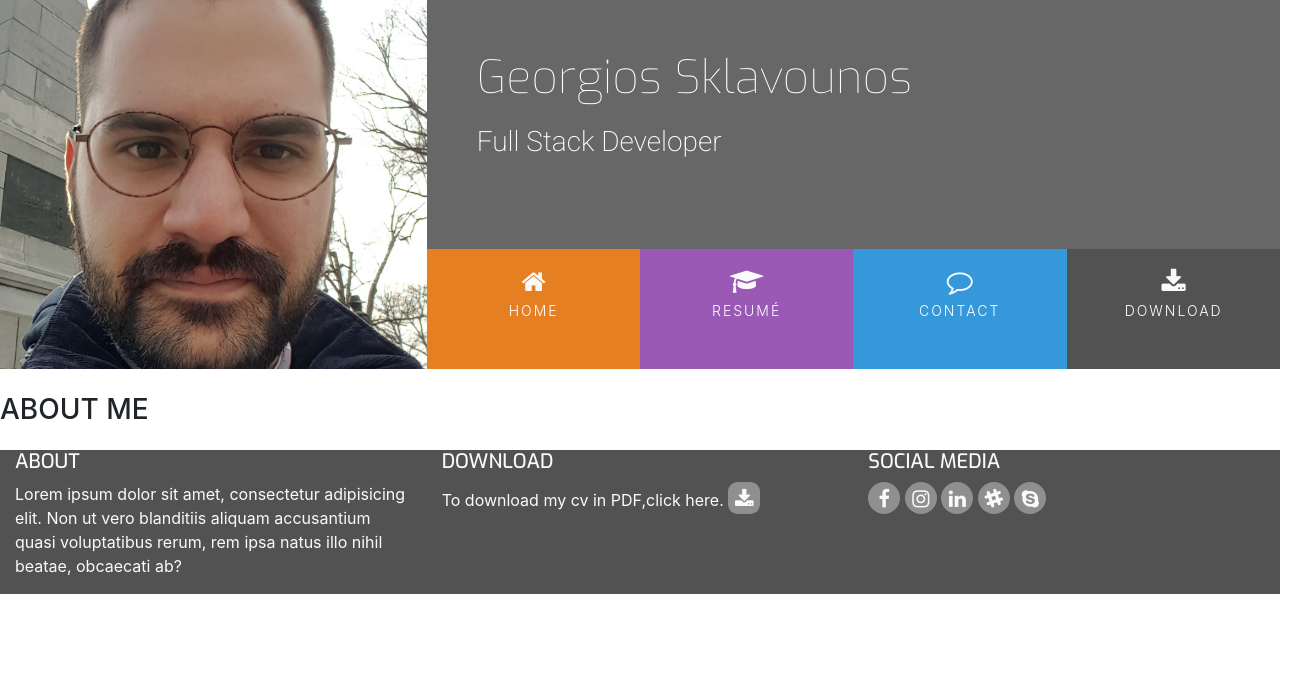
Repository: GeorgiosSklav/MyResume
Page: index.html
The author's editor kept a record of every edit. The page is drawn from the files as they stood at one moment, then again after the next edit.
The browser window is 1280 px wide. The page is 1295 px wide, so the pictures cover 1295 px, including what lies to the right of the window. The pictures show the whole page.

Above is the page before.

### index.html
<!DOCTYPE html>
<html lang="en">

<head>
    <meta charset="UTF-8">
    <meta name="viewport" content="width=device-width, initial-scale=1.0">
    <meta http-equiv="X-UA-Compatible" content="ie=edge">
    <link rel="stylesheet" href="https://stackpath.bootstrapcdn.com/bootstrap/4.3.1/css/bootstrap.min.css" type="text/css" />
    <link rel="stylesheet" href="https://stackpath.bootstrapcdn.com/font-awesome/4.7.0/css/font-awesome.min.css" type="text/css" />
    <link rel="stylesheet" href="assets/css/style.css" type="text/css" />
    <link rel="stylesheet" href="https://cdnjs.cloudflare.com/ajax/libs/hover.css/2.3.1/css/hover-min.css" type="text/css" />
    <title>Georgios Sklavounos resume</title>
</head>

<body>
    <header>
        <div class="row no-gutters">
            <a href="index.html" class="col-md-4 logo">

            </a>
            <div class="col-md-8">
                <div class="row no-gutters bg-color-name-title">
                    <div class="col heading">
                        <h1 class="name">Georgios Sklavounos</h1>
                        <h2 class="title">Full Stack Developer</h2>
                    </div>
                </div>
                <div class="row no-gutters">
                    <div class="col">
                        <ul id="nav" class="list-inline menucontainer">
                            <li class="col-6 col-sm-3 color-home list-inline-item menu-item">
                                <a href="#" class="hvr-sweep-to-right"><i class="fa fa-home" aria-hidden="true"></i><span>Home</span></a>
                            </li>
                            <li class="col-6 col-sm-3 color-resume list-inline-item menu-item">
                                <a href="#" class="hvr-sweep-to-left"><i class="fa fa-graduation-cap" aria-hidden="true"></i><span>Resumé</span></a>
                            </li>
                            <li class="col-6 col-sm-3 color-contact list-inline-item menu-item">
                                <a href="#" class="hvr-sweep-to-right"><i class="fa fa-comment-o" aria-hidden="true"></i><span>Contact</span></a>
                            </li>
                            <li class="col-6 col-sm-3 color-download list-inline-item menu-item">
                                <a href="#" class="hvr-sweep-to-left"><i class="fa fa-download" aria-hidden="true"></i><span>Download</span></a>
                            </li>
                        </ul>
                    </div>
                </div>
            </div>
    </header>
    <setion class="container-fluid">
<div class="row row-table">
    <div class="col-md-8 bg-color-three-reasons section-column">
        <div class="row">
            <div class="col">
                <h3 class="section-heading uppercase">About Me</h3>
            </div>
        </div>
    </div>
</div>
    </setion>
    <footer class="container-fluid">
        <div class="row" id="footer-details">
            <div class="col-sm-4">
                <h5 class="uppercase general-sub">About</h5>
                <p class="inline-block">
                    Lorem ipsum dolor sit amet, consectetur adipisicing elit. Non ut vero blanditiis aliquam accusantium quasi voluptatibus rerum, rem ipsa natus illo nihil beatae, obcaecati ab?
                </p>
            </div>
            <div class="col-sm-4">
                <h5 class="uppercase general-sub">Download</h5>
                <p class="inline-block">
                    To download my cv in PDF,click here.
                    <a href="#" target="_blank" class="cv-pdf">
                        <i class="fa fa-download" aria-hidden="true"></i>
                        <span class="sr-only">Download icon.</span>
                    </a>
                </p>
            </div>
            <div class="col-sm-4">
                <h5 class="uppercase general-sub">Social Media</h5>
                <ul class="list-inline social-links">
                    <li class="list-inline-item">
                        <a target="_blank" href="#" >
                            <i class="fa fa-facebook"></i>
                            <span class="sr-only">Facebook</span>
                        </a>
                    </li>
                    <li class="list-inline-item">
                        <a target="_blank" href="#" >
                            <i class="fa fa-instagram"></i>
                            <span class="sr-only">Instagram</span>
                        </a>
                    </li>
                    <li class="list-inline-item">
                        <a target="_blank" href="#" >
                            <i class="fa fa-linkedin"></i>
                            <span class="sr-only">Linked-In</span>
                        </a>
                    </li>
                    <li class="list-inline-item">
                        <a target="_blank" href="#" >
                            <i class="fa fa-slack"></i>
                            <span class="sr-only">Slack</span>
                        </a>
                    </li>
                    <li class="list-inline-item">
                        <a target="_blank" href="#" >
                            <i class="fa fa-skype"></i>
                            <span class="sr-only">Skype</span>
                        </a>
                    </li>
                </ul>
            </div>
        </div>
    </footer>
</body>

</html>

### assets/css/style.css
@import url('https://fonts.googleapis.com/css?family=Roboto:100,200,300,400,500,600,700|Exo:100,200,300,400,500,600,700');



/*-------------------------colours*/

.bg-color-name-title {
    background-color: #676767;
}

.color-home {
    background-color: #e67e22;
}

.color-resume {
    background-color: #9b59b6;
}

.color-contact {
    background-color: #3498db;
}

.color-download {
    background-color: #525252;
}


/*---------------------------------Paddings,texts,etc*/

h1,
h2,
h3,
h4 {
    margin: 0;
}

.uppercase {
    text-transform: uppercase;
}

.general-sub {
    font-family: "Exo", sans-serif;
    color: #fafafa;
}

.inline-block {
    display: inline-block;
}



/*----------------------heading*/

header {
    margin: 0;
}

.heading {
    margin-left: 50px;
}

.logo {
    background: url("../images/pic2.jpg");
    background-position: center;
    background-repeat: no-repeat;
    background-size: cover;
    min-height: 360px;
    transition: all 0.5s ease-in-out;
    -moz-transition: all 0.5s ease-in-out;
    -webkit-transition: all 0.5s ease-in-out;

}

.name {
    font-family: "Exo", sans-serif;
    font-weight: 100;
    font-size: 46px;
    margin-top: 50px;
    color: #fff;
}

.title {
    font-family: "Roboto", sans-serif;
    font-weight: 200;
    font-size: 28px;
    margin-top: 20px;
    margin-bottom: 90px;
    color: #fff;
}

.list-inline-item:not(:last-child) {
    margin: 0;
}

.menucontainer {
    font-size: 0;
}

#nav {
    margin: 0;
}

#nav li {
    font-size: 14px;
    padding: 0;
}

.menu-item {
    height: 120px;
    text-align: center;
    padding: 0;
}

.menu-item a {
    width: 100%;
    text-decoration: none;
    color: #fff;
    height: 120px;
}

.menu-item a i {
    padding-top: 20px;
    display: block;
    color: #fafafa;
    font-size: 26px;
}

.menu-item span {
    display: block;
    width: 100%;
    padding-top: 5px;
    text-align: center;
    text-transform: uppercase;
    font-size: 14px;
    font-weight: 300;
    letter-spacing: 2px;
}

/*--------------------------hover style*/

.hvr-sweep-to-right:before {
    background: rgb(0, 0, 0);
    height: 120px;
}

.hvr-sweep-to-left:before {
    background: rgba(0, 0, 0, 0.2);
    height: 120px;
}

/*---------------------------------footer*/

footer {
    background-color: #525252;
    color: #fafafa;
    min-height: 120px;
    margin: 0;
}

.social-links i {
    width: 32px;
    height: 32px;
    padding: 12px 0;
    border-radius: 50%;
    font-size: 20px;
    line-height: 10px;
    text-align: center;
    color: #fafafa;
    background: #8f8f8f;
    transition: all 0.35s ease-in-out;
    -moz-transition: all 0.35s ease-in-out;
    -o-transition: all 0.35s ease-in-out;
    -webkit-transition: all 0.35s ease-in-out;

}

.cv-pdf i {
    /*font-size: 19px;
    text-align: center;
    color: #fafafa;
    padding-left: 5px;
    transition: all 0.35s ease-in-out;
    -moz-transition: all 0.35s ease-in-out;
    -o-transition: all 0.35s ease-in-out;
    -webkit-transition: all 0.35s ease-in-out;*/
       width: 32px;
    height: 32px;
    padding: 12px 0;
    border-radius: 30%;
    font-size: 20px;
    line-height: 10px;
    text-align: center;
    color: #fafafa;
    background: #8f8f8f;
    transition: all 0.35s ease-in-out;
    -moz-transition: all 0.35s ease-in-out;
    -o-transition: all 0.35s ease-in-out;
    -webkit-transition: all 0.35s ease-in-out;


}

.cv-pdf i:hover {
    color: #e84610;
}
.social-links i:hover {
   color: #8f8f8f;
   background: #e84610;
}

After the next edit:
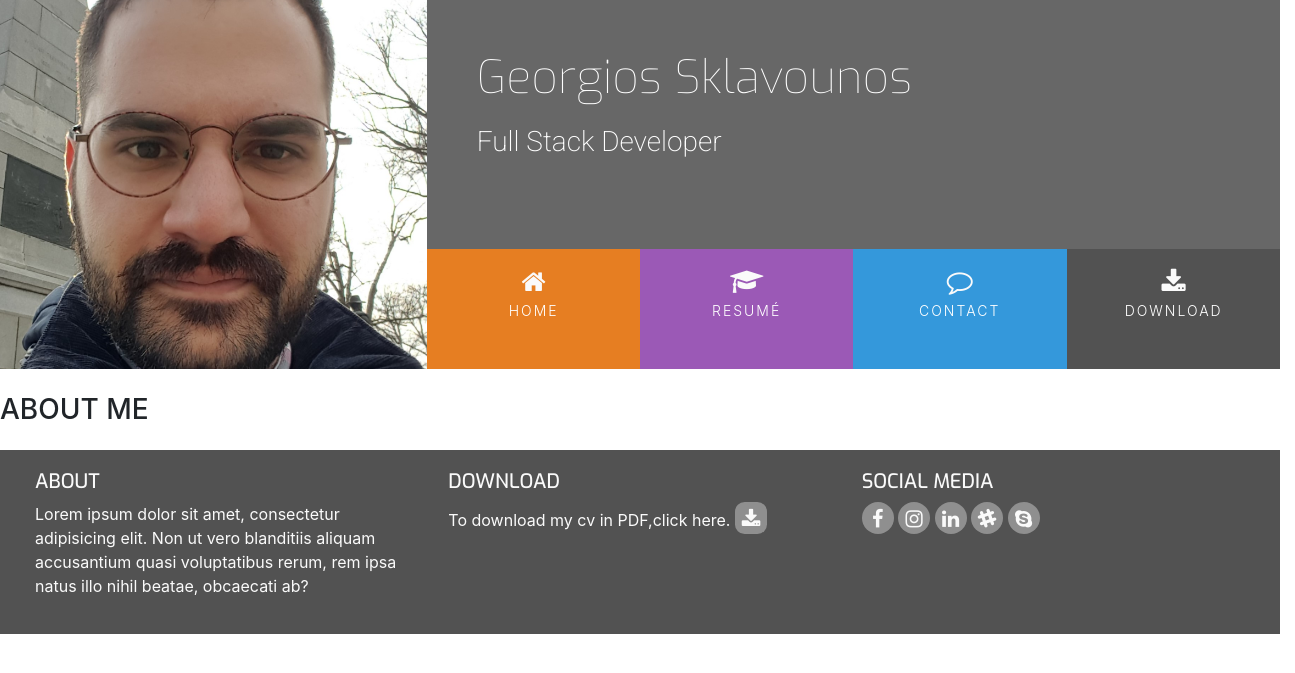
The edit:
--- a/assets/css/style.css
+++ b/assets/css/style.css
@@ -207,3 +207,6 @@
    color: #8f8f8f;
    background: #e84610;
 }
+#footer-details {
+    padding: 20px;
+}
